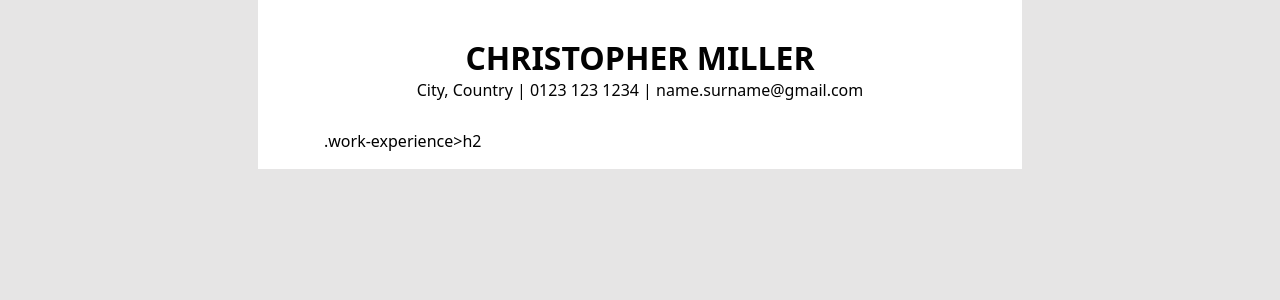
Repository: lannguyen1301/f8-zoom-day-4
Page: cv.html
The author's editor kept a copy of each file at every save. The page is drawn from the files as they stood at one save, then again after the next save.
The browser window is 1280 px wide. The pictures show the whole page.

Above is the page before, as saved 2025-04-17 23:15:06.

After the next save:
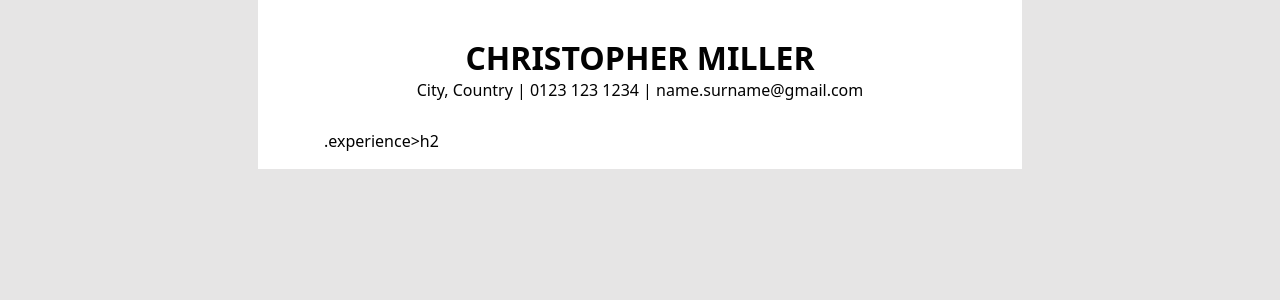
Saved 11 s later.
--- a/cv.html
+++ b/cv.html
@@ -17,7 +17,7 @@
                 City, Country | 0123 123 1234 | name.surname@gmail.com
             </p>
         </div>
-        .work-experience>h2
+        .experience>h2
     </div>
 </body>
 
